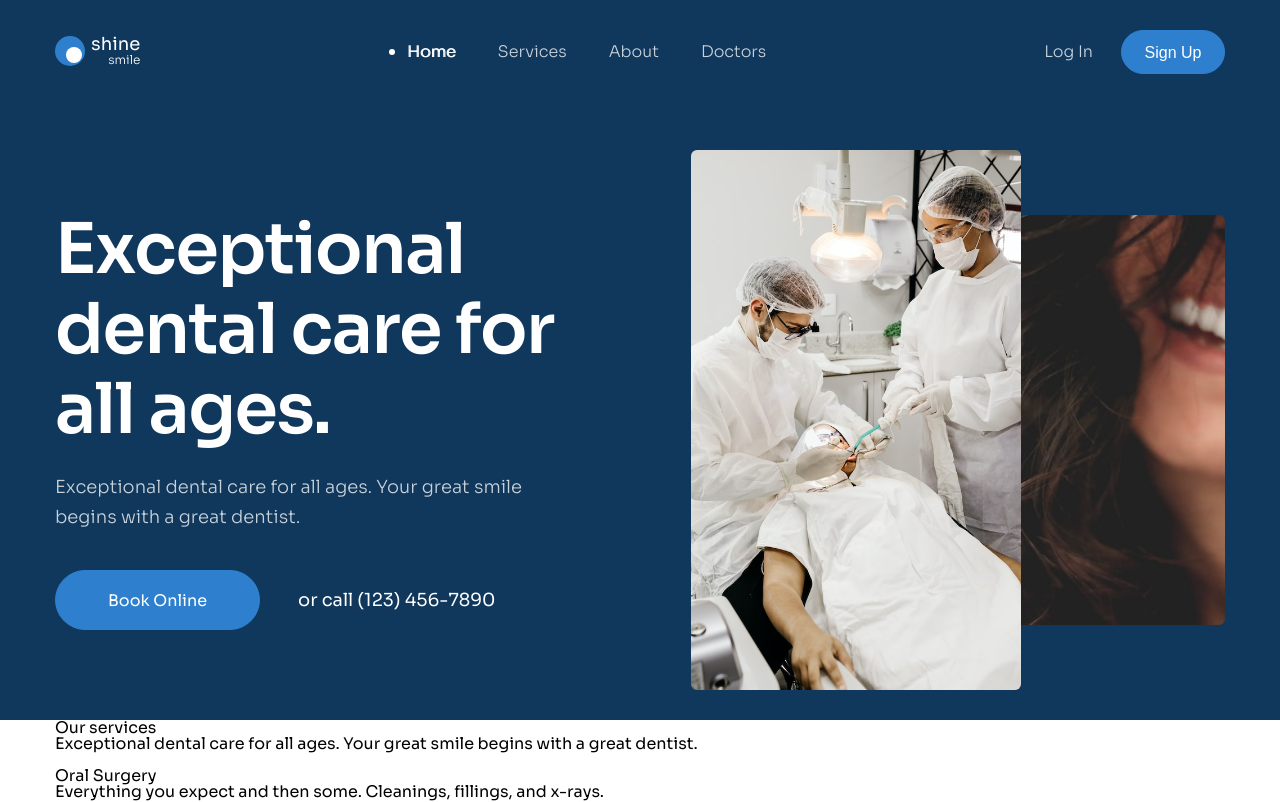
Repository: anhtien111198/f8-htmlcss-03
Page: index.html
These files come from the project's save history. The page is drawn as it stood at one moment and after the next save; the edit follows.
The browser window is 1280 px wide. The pictures show the whole page.

Above is the page before, as saved 2023-05-12 16:16:46.

After the next save:
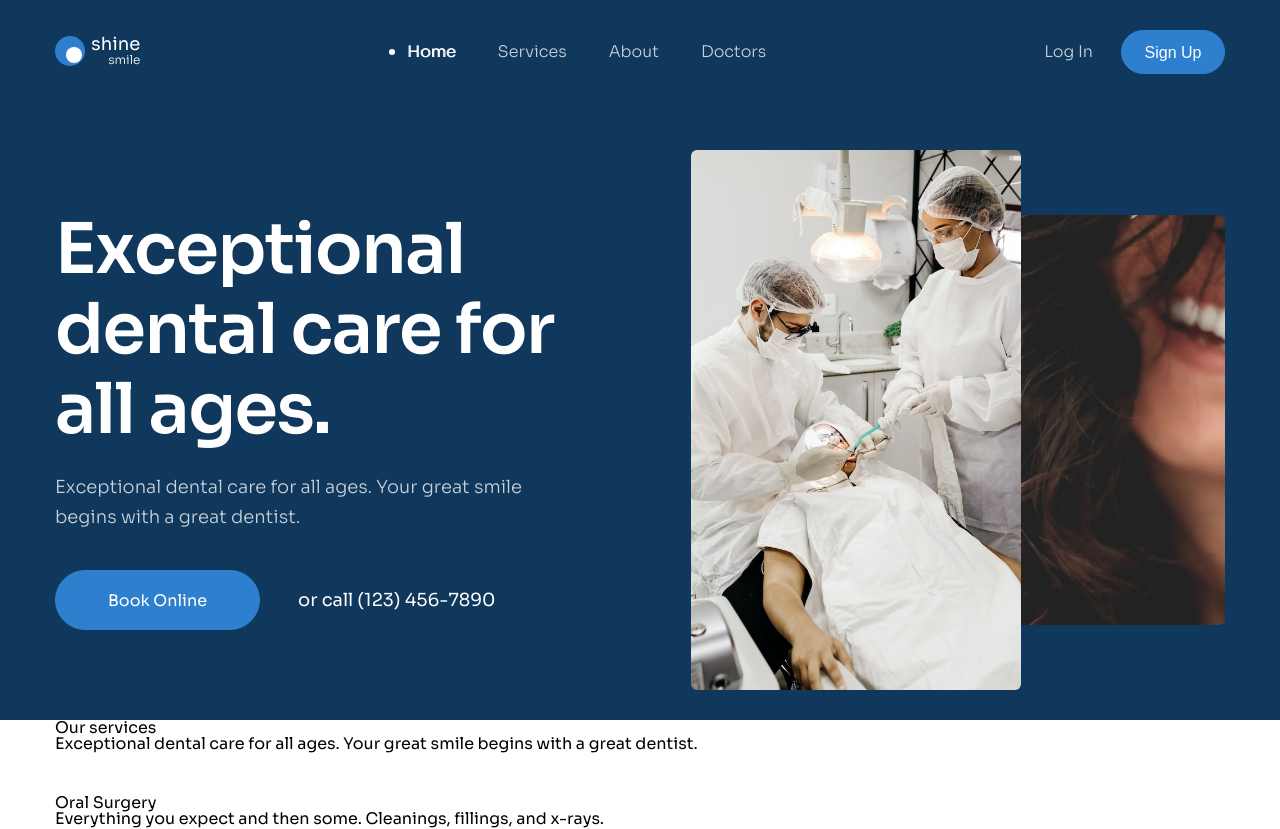
Saved 5 min 2 s later.
--- a/index.html
+++ b/index.html
@@ -191,7 +191,20 @@
                         </figure>
                         <div class="service__list">
                             <section class="service-item">
-                                <div class="service-item__icon-wrap"></div>
+                                <div class="service-item__icon-wrap">
+                                    <svg
+                                        width="22"
+                                        height="24"
+                                        viewBox="0 0 22 24"
+                                        fill="none"
+                                        xmlns="http://www.w3.org/2000/svg"
+                                    >
+                                        <path
+                                            d="M20.3598 2.63964C17.9506 -0.556131 14.2772 -0.568132 11.2481 1.10682C11.001 1.24657 10.7219 1.31411 10.4406 1.30222C10.1592 1.29033 9.88633 1.19945 9.65105 1.03931C8.49552 0.245717 7.29036 -0.316477 5.13904 0.207462C0.623408 1.3071 0 4.90379 0 8.99816C0.0797353 12.1602 0.500857 15.3032 1.25551 18.3683C2.11836 22.0168 3.90382 24 5.43354 24C6.96326 24 7.00963 22.2204 7.00963 20.8016C7.00963 19.2009 7.39505 14.8009 10.8642 14.8009C13.5317 14.8009 14.3333 18.4013 14.3333 20.8016C14.3329 23.095 15.1722 24 16.6628 24C19.5267 24 20.9796 15.3938 21.3719 13.1237C21.7642 10.8535 22.9882 6.12569 20.3598 2.63964Z"
+                                            fill="white"
+                                        />
+                                    </svg>
+                                </div>
                                 <div class="service-item__body">
                                     <h3 class="service-item__heading">
                                         Oral Surgery
